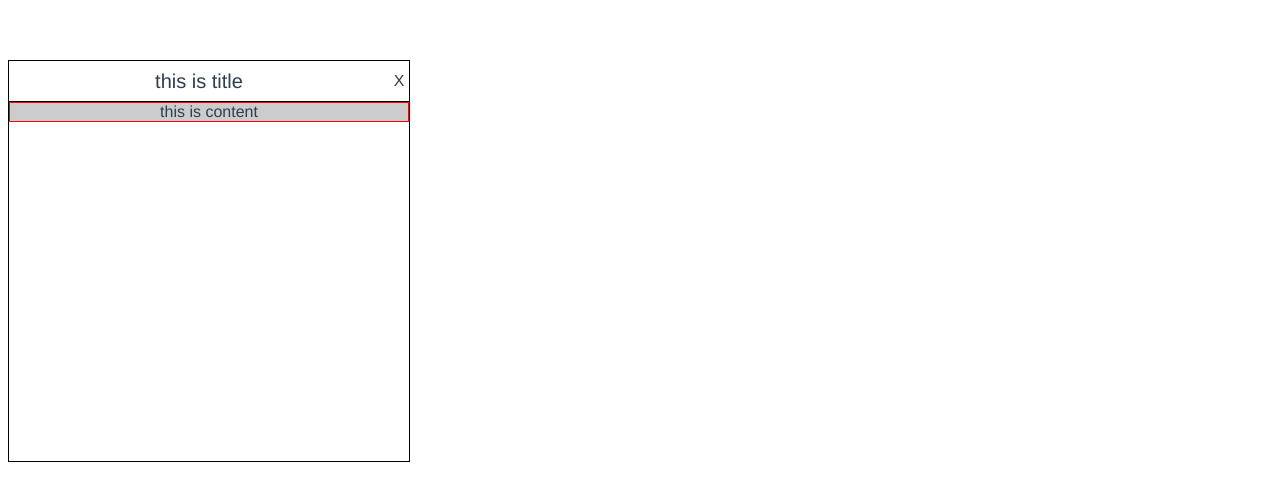
Repository: iulucky6/yf_messageBox
Page: /
The author's editor kept a copy of each file at every save. The page is drawn from the files as they stood at one save, then again after the next save.
The browser window is 1280 px wide. The pictures show the whole page.
The project was rebuilt for these pictures with package versions that can differ from the ones it lists, and the page was loaded fresh each time. Also part of the build but not shown: src/components/HelloWorld.vue.

Above is the page before, as saved 2023-09-14 11:27:09.

After the next save:
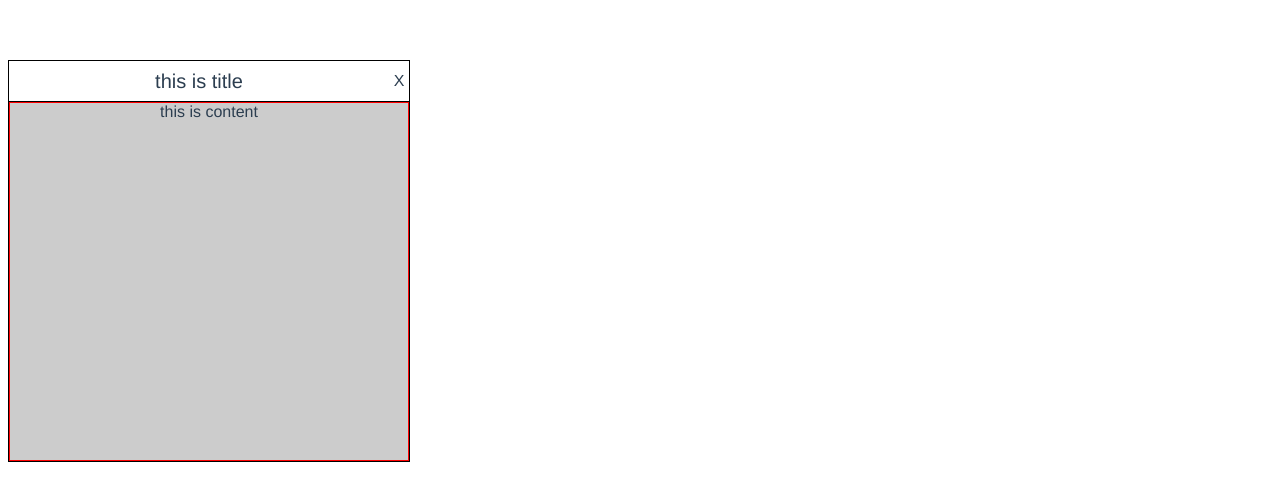
Saved 62 s later.
--- a/src/components/MessageBox/index.vue
+++ b/src/components/MessageBox/index.vue
@@ -1,13 +1,11 @@
 <template>
   <div :class="['boxStyle', type]">
-    <div class="inner">
-      <header class="header">
-        <div class="title">{{ title }}</div>
-        <span class="close">X</span>
-      </header>
+    <header class="header">
+      <div class="title">{{ title }}</div>
+      <span class="close">X</span>
+    </header>
 
-      <div class="content">{{ content }}</div>
-    </div>
+    <div class="content">{{ content }}</div>
   </div>
 </template>
 
@@ -42,7 +40,7 @@ $border-color: #000;
   width: 400px;
   height: 400px;
   display: flex;
-  flex-flow: column;
+  flex-direction: column;
   .header {
     display: flex;
     width: 100%;
